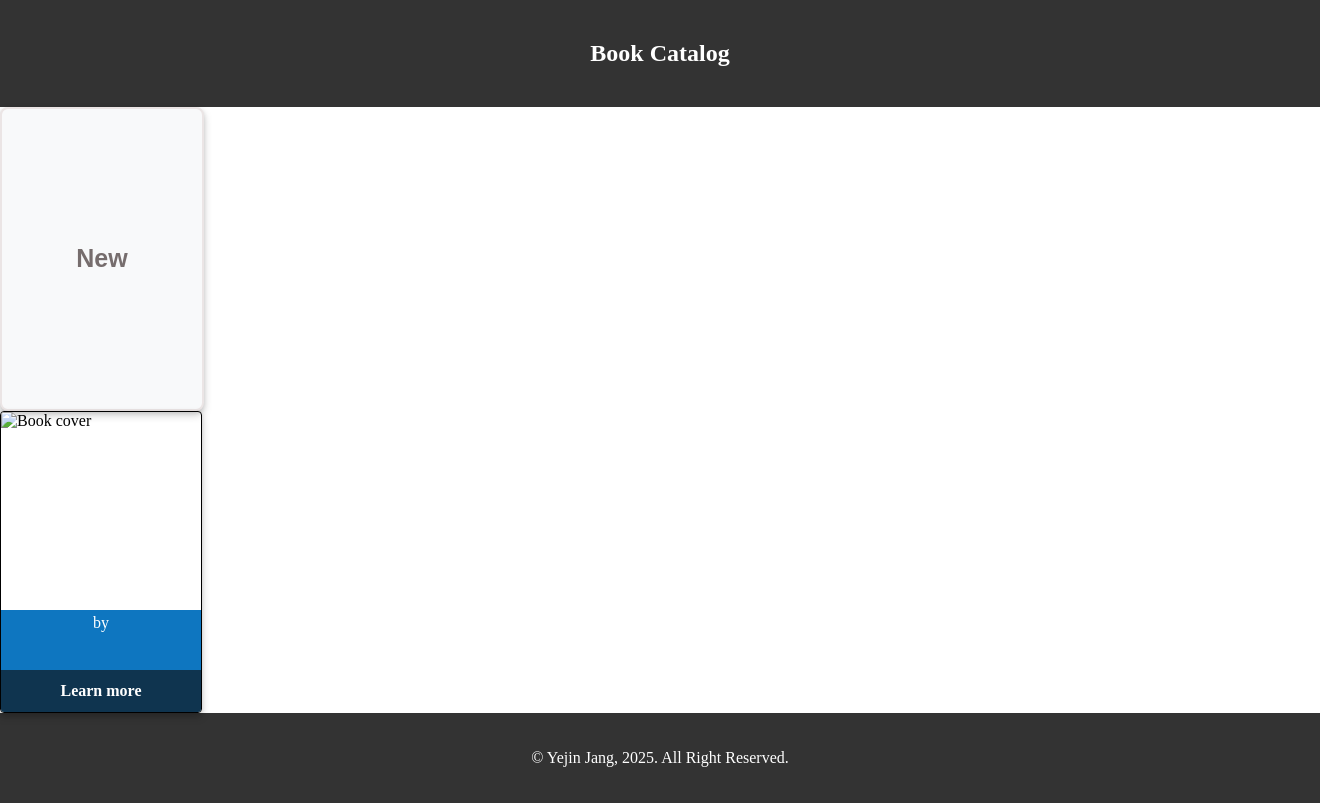
Repository: Yejin-Digital/Lab3-Assignment-BookCatalog
Page: /
These files come from the project's save history. The page is drawn as it stood at one moment and after the next save; the edit follows.
The browser window is 1280 px wide. The page is 1320 px wide, so the pictures cover 1320 px, including what lies to the right of the window. The pictures show the whole page.
The project was rebuilt for these pictures with package versions that can differ from the ones it lists, and the page was loaded fresh each time. Also part of the build but not shown: vite.config.js.

Above is the page before, as saved 2025-09-19 01:38:02.

After the next save:
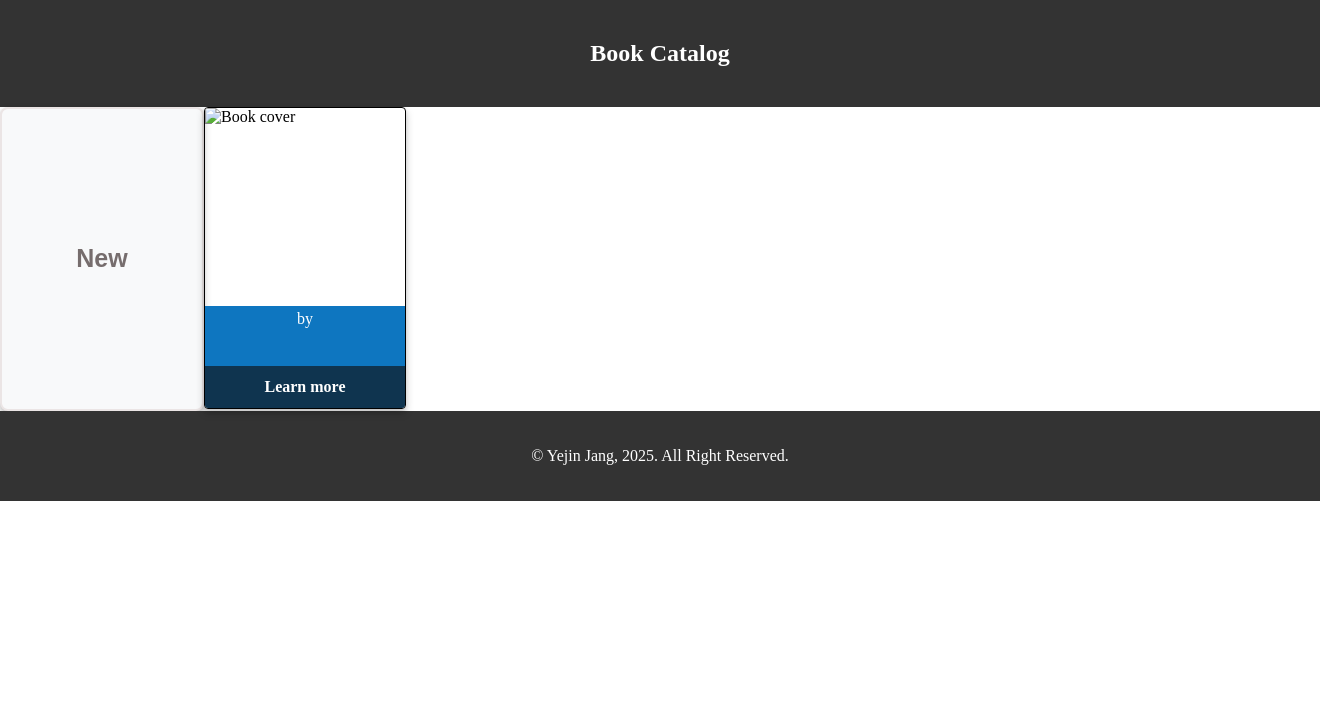
Saved 61 s later.
--- a/src/index.css
+++ b/src/index.css
@@ -24,7 +24,7 @@ body {
 
 .content {
   display: flex;
-  flex-direction: column;
+  flex-direction: row;
 }
 
 .header-content {
